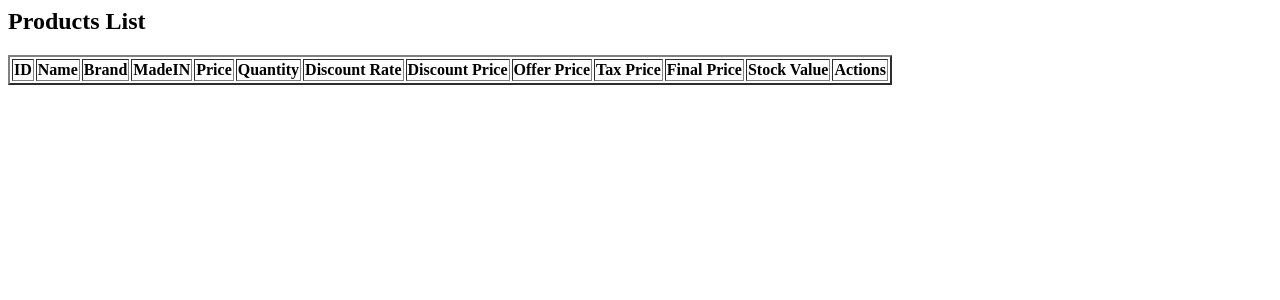
Repository: projects-collab/SpringBoot
Page: http://localhost/Products-list
These files come from the project's save history. The page is drawn as it stood at one moment and after the next save; the edit follows.
The browser window is 1280 px wide. The pictures show the whole page.
The page is this project's Thymeleaf template; nobody is signed in. The template is opened directly, without the code that normally fills it, so the values that code supplies are empty.

Above is the page before, as saved 2024-12-21 09:07:49.

After the next save:
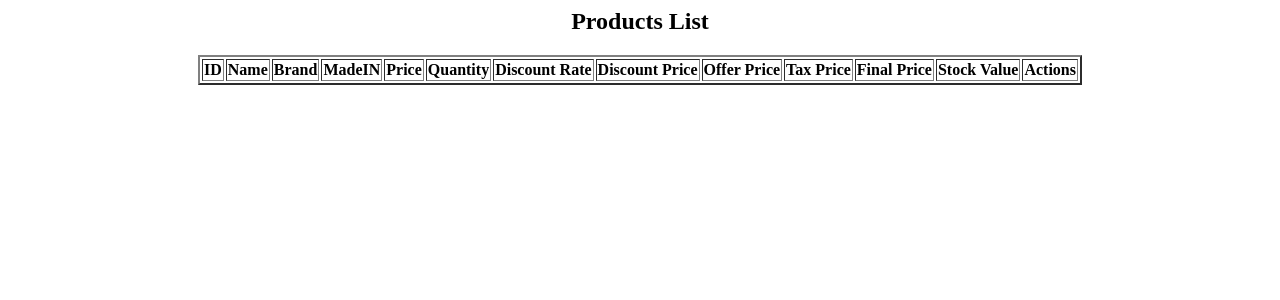
Saved 20 min 40 s later.
--- a/Springbootproject/src/main/resources/templates/Products-list.html
+++ b/Springbootproject/src/main/resources/templates/Products-list.html
@@ -3,6 +3,7 @@
 		<title>Products List</title>
 	</head>
 	<body>
+		<center>
 		<div>
 			<h2>Products List</h2>
 			<table border="2">
@@ -46,5 +47,6 @@
 				</tbody>
 			</table>
 		</div>
-	</body>
+	</center>
+  </body>
 </html>
